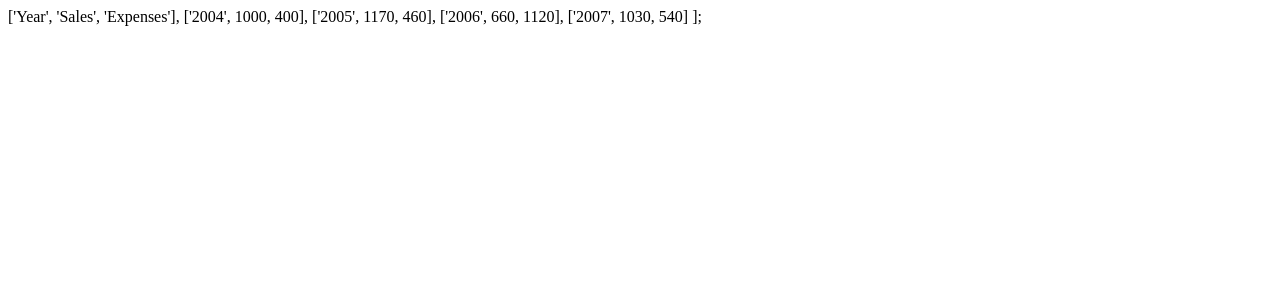
Repository: KYEONGWON-KIM/Project
Page: http://localhost/step02_axiosResponse/axiosPost.jsp
The author's editor kept a copy of each file at every save. The page is drawn from the files as they stood at one save, then again after the next save.
The browser window is 1280 px wide. The pictures show the whole page.
The page is served by Tomcat 9.

Above is the page before, as saved 2019-09-03 06:41:55.

### 04.JavaScript/step02_axiosResponse/WebContent/axiosPost.jsp
<%@ page language="java" contentType="text/html; charset=UTF-8"
    pageEncoding="UTF-8"%>
         ['Year', 'Sales', 'Expenses'],
            ['2004',  1000,      400],
            ['2005',  1170,      460],
            ['2006',  660,       1120],
            ['2007',  1030,      540]
          ];

After the next save:
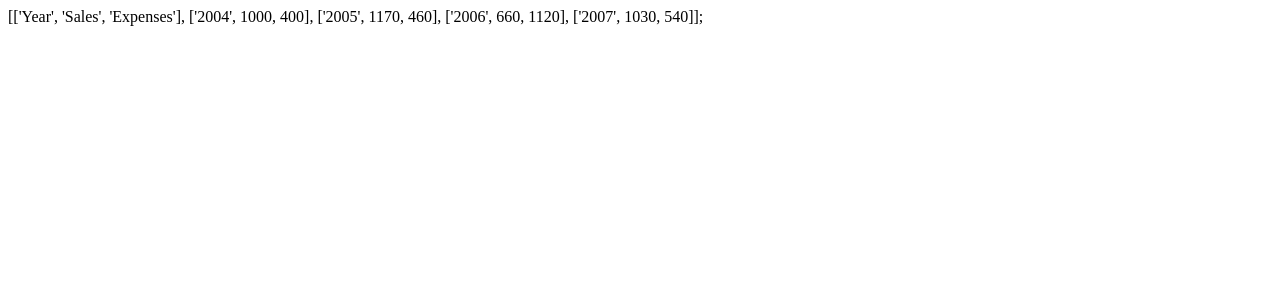
Saved 5 min 40 s later.
--- a/04.JavaScript/step02_axiosResponse/WebContent/axiosPost.jsp
+++ b/04.JavaScript/step02_axiosResponse/WebContent/axiosPost.jsp
@@ -1,8 +1,3 @@
 <%@ page language="java" contentType="text/html; charset=UTF-8"
     pageEncoding="UTF-8"%>
-         ['Year', 'Sales', 'Expenses'],
-            ['2004',  1000,      400],
-            ['2005',  1170,      460],
-            ['2006',  660,       1120],
-            ['2007',  1030,      540]
-          ];
+[['Year', 'Sales', 'Expenses'], ['2004', 1000, 400], ['2005', 1170, 460], ['2006', 660, 1120], ['2007', 1030, 540]];
